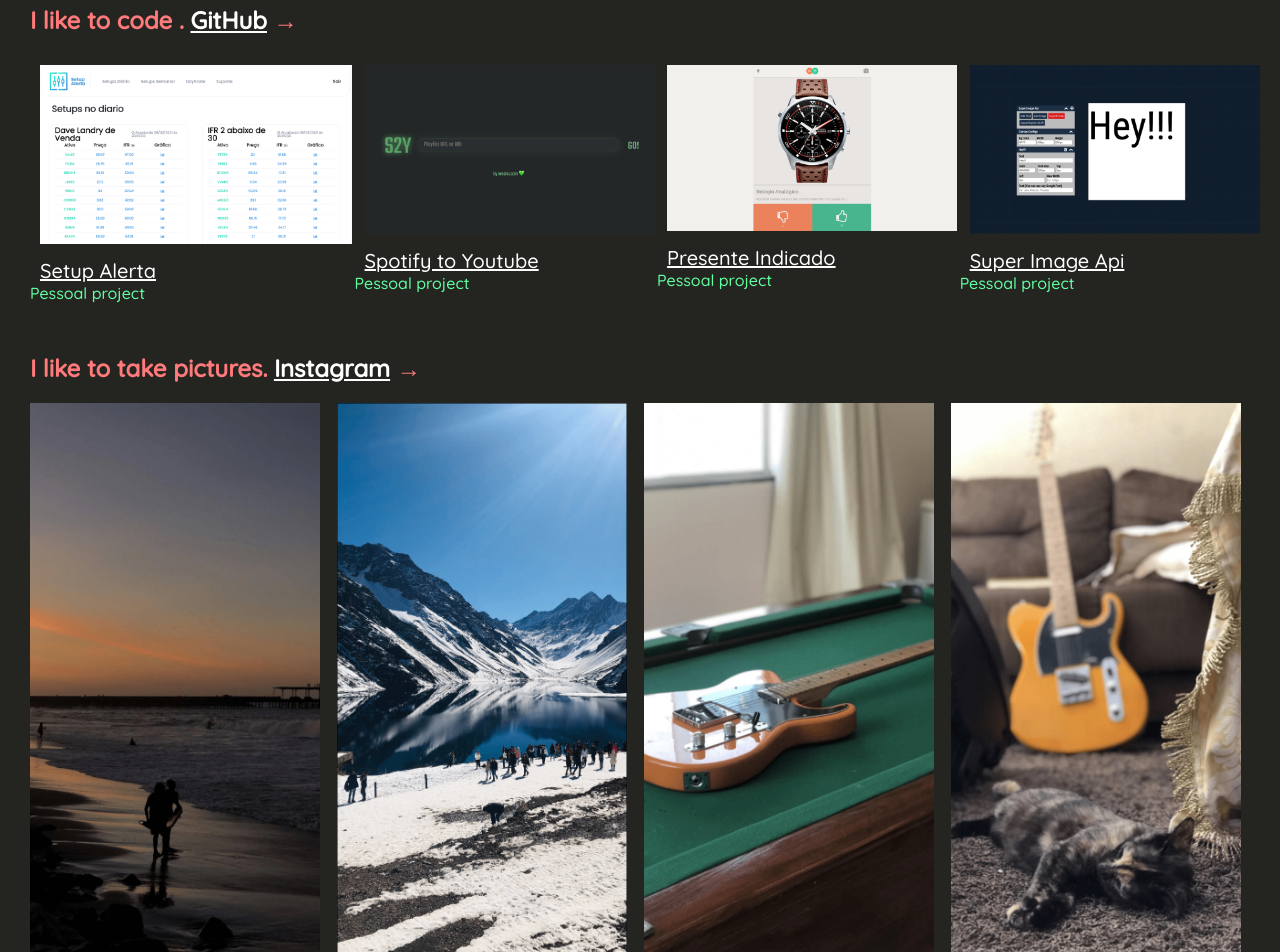
Repository: wprudencio/mywebsite
Page: index_src.html
These files come from the project's save history. The page is drawn as it stood at one moment and after the next save; the edit follows.
The browser window is 1280 px wide. The pictures show the part of the page from y = 335 to 1287 px (the page is 1993 px tall before and 2023 px after).

Above is the page before, as saved 2021-04-15 21:15:51.

After the next save:
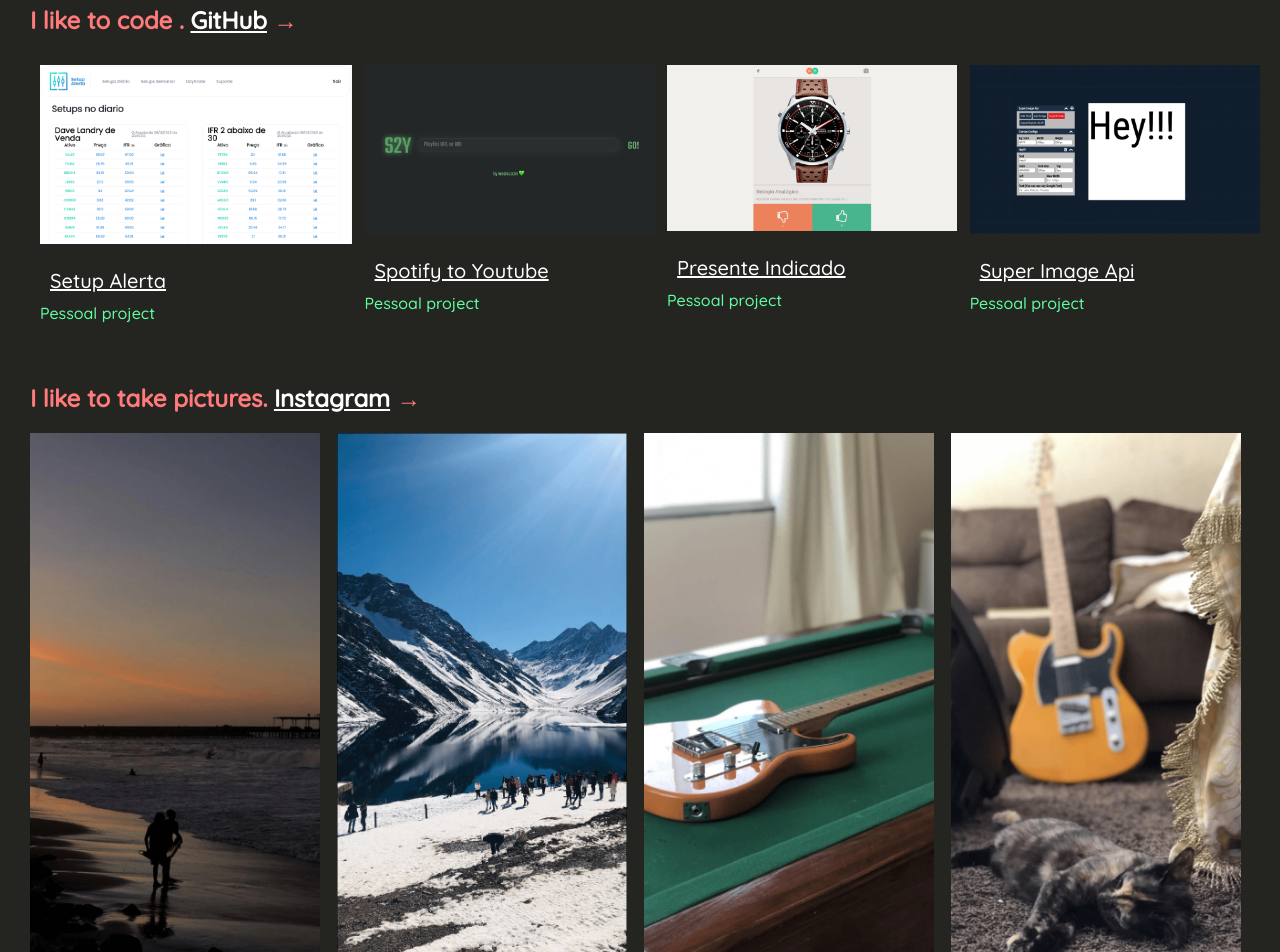
Saved 25 s later.
--- a/style.css
+++ b/style.css
@@ -33,7 +33,7 @@ a {
   padding-left: 1%;
 }
 
-.code-content > * :not(:first-child) {
+.code-content :not(:first-child) {
   margin: 10px;
 }
 
